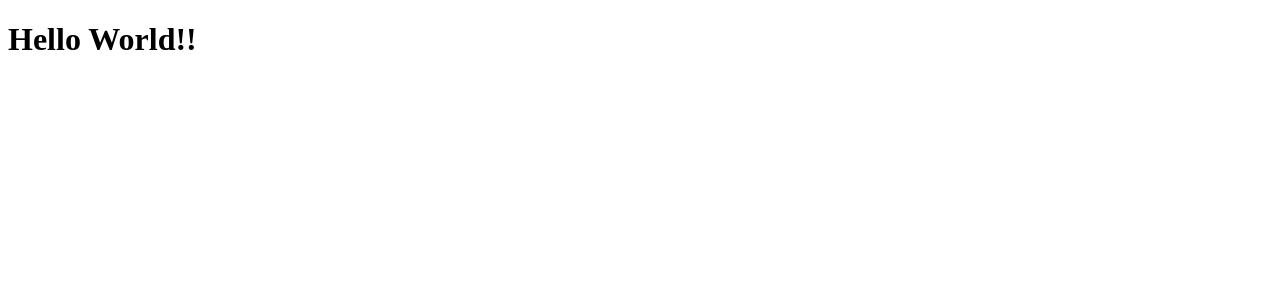
Repository: Prasad-R-Patil/WebBaseJava
Page: MyApp/src/main/webapp/index.html
An editor plug-in stored every save of this project. The page is shown before and after the next save, followed by the edit.
The browser window is 1280 px wide. The pictures show the whole page.

Above is the page before, as saved 2025-05-14 09:02:02.

After the next save:
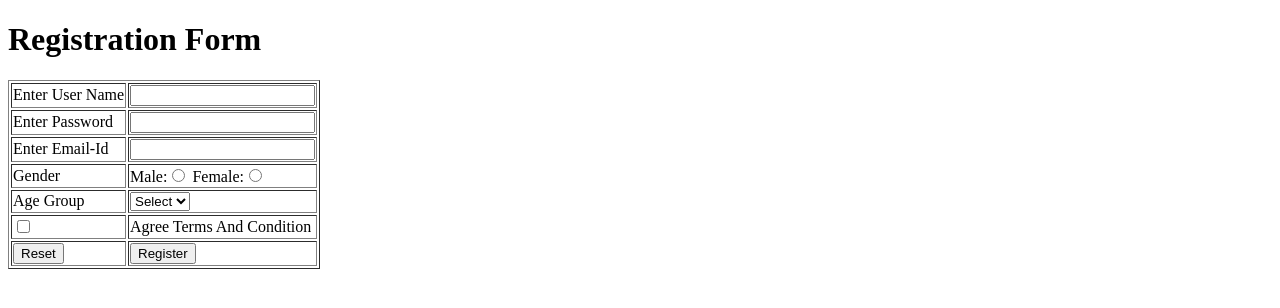
Saved 19 min 9 s later.
--- a/MyApp/src/main/webapp/index.html
+++ b/MyApp/src/main/webapp/index.html
@@ -5,6 +5,76 @@
 <title>Insert title here</title>
 </head>
 <body>
-<h1>Hello World!!</h1>
+
+
+<h1>Registration Form</h1>
+
+
+
+<form action="" method="get" onsubmit="return Validation" nmae="regForm">
+
+<table border="1">
+
+<tr>
+<td>Enter User Name</td>
+
+<td><input type="text" name="textUsername"></td>
+</tr>
+
+<tr>
+<td>Enter Password</td>
+
+<td><input type="password" name="textPassword"></td>
+</tr>
+
+<tr>
+<td>Enter Email-Id</td>
+
+<td><input type="text" name="textEmail"></td>
+</tr>
+
+<tr>
+<td>Gender</td>
+
+<td>
+Male:<input type="radio" name="gender" value="male">
+Female:<input type="radio" name="gender" value="female">
+</td>
+</tr>
+
+<tr>
+<td>Age Group</td>
+
+<td>
+<select>
+<option value="select" selected="selected" >Select</option>
+<option value="1-20" >1-20</option>
+<option value="21-25" >21-25</option>
+<option value="26-30" >26-30</option>
+<option value="31-35" >31-35</option>
+<option value="36-40" >36-40</option>
+<option value="41-45" >41-45</option>
+<option value="46-50" >46-50</option>
+</select>
+</td>
+</tr>
+
+<tr>
+<td> <input type="checkbox" name="term"> </td>
+
+<td>Agree Terms And Condition</td>
+</tr>
+
+<tr>
+<td> <input type="reset" value="Reset" > </td>
+
+<td> <input type="submit" value="Register" ></td>
+</tr>
+
+</table>
+
+
+</form>
+
 </body>
 </html>
